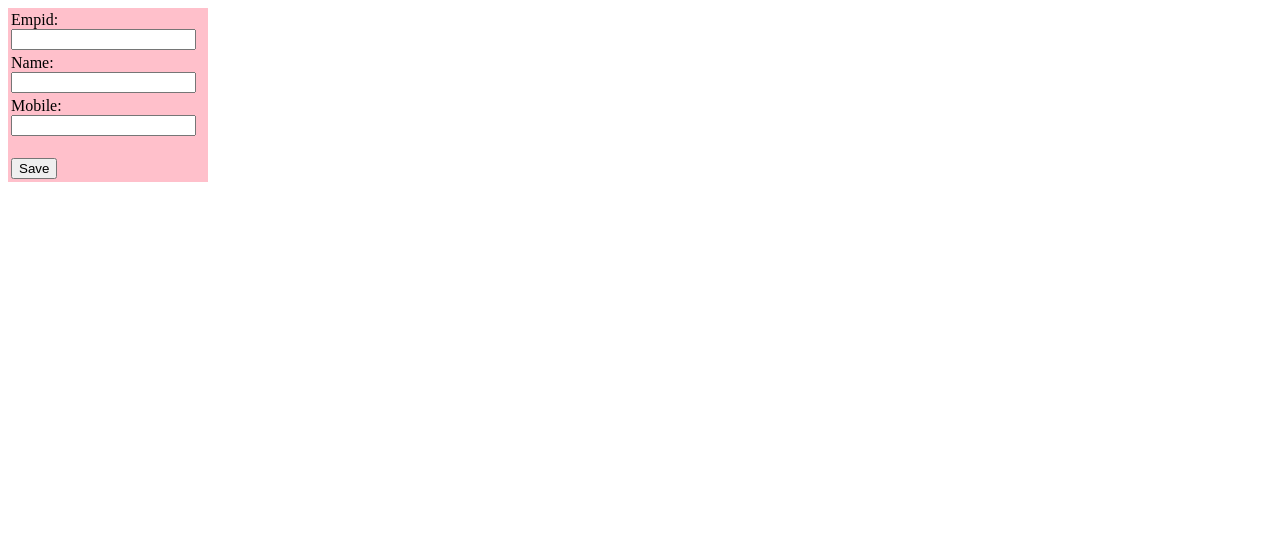
Repository: Suknaina/Repo
Page: MockServlet/src/main/webapp/Home.html
These files come from the project's save history. The page is drawn as it stood at one moment and after the next save; the edit follows.
The browser window is 1280 px wide. The pictures show the whole page.

Above is the page before, as saved 2023-05-23 17:12:24.

### MockServlet/src/main/webapp/Home.html
<!DOCTYPE html>
<html>
<head>
<meta charset="ISO-8859-1">
<title>Insert title here</title>
</head>
<body>
<form action="" method="post">
	<table bgcolor="pink" width="200px">
			<tr>
				<td>Empid: <input type="number" name="empid"><br>
				</td>
			</tr>
			<tr>
				<td>Name: <input type="text" name="name"><br>
				</td>
			</tr>
			<tr>
				<td>Mobile: <input type="number" name="mobile"><br>
				<br>
				</td>
			</tr>
			<tr>
			<td>
			<button>Save</button>
			</td>
			</tr>
	</table>
	</form>
</body>
</html>

After the next save:
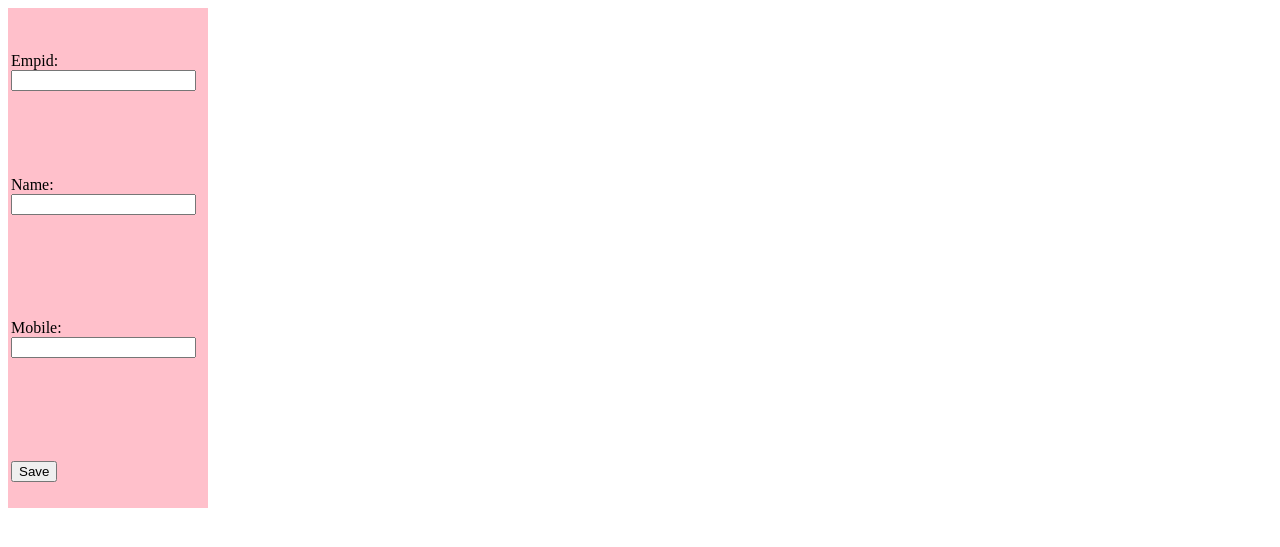
Saved 50 s later.
--- a/MockServlet/src/main/webapp/Home.html
+++ b/MockServlet/src/main/webapp/Home.html
@@ -6,7 +6,7 @@
 </head>
 <body>
 <form action="" method="post">
-	<table bgcolor="pink" width="200px">
+	<table bgcolor="pink" width="200px" height="500px">
 			<tr>
 				<td>Empid: <input type="number" name="empid"><br>
 				</td>

After the save that followed:
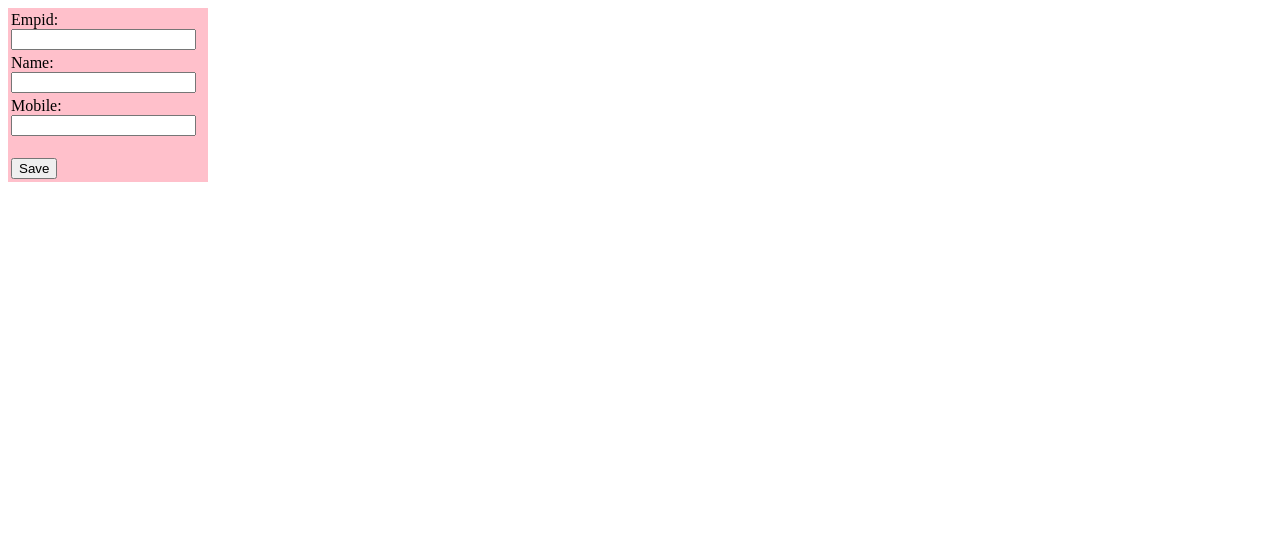
Saved 8 s later.
--- a/MockServlet/src/main/webapp/Home.html
+++ b/MockServlet/src/main/webapp/Home.html
@@ -6,7 +6,7 @@
 </head>
 <body>
 <form action="" method="post">
-	<table bgcolor="pink" width="200px" height="500px">
+	<table bgcolor="pink" width="200px">
 			<tr>
 				<td>Empid: <input type="number" name="empid"><br>
 				</td>
